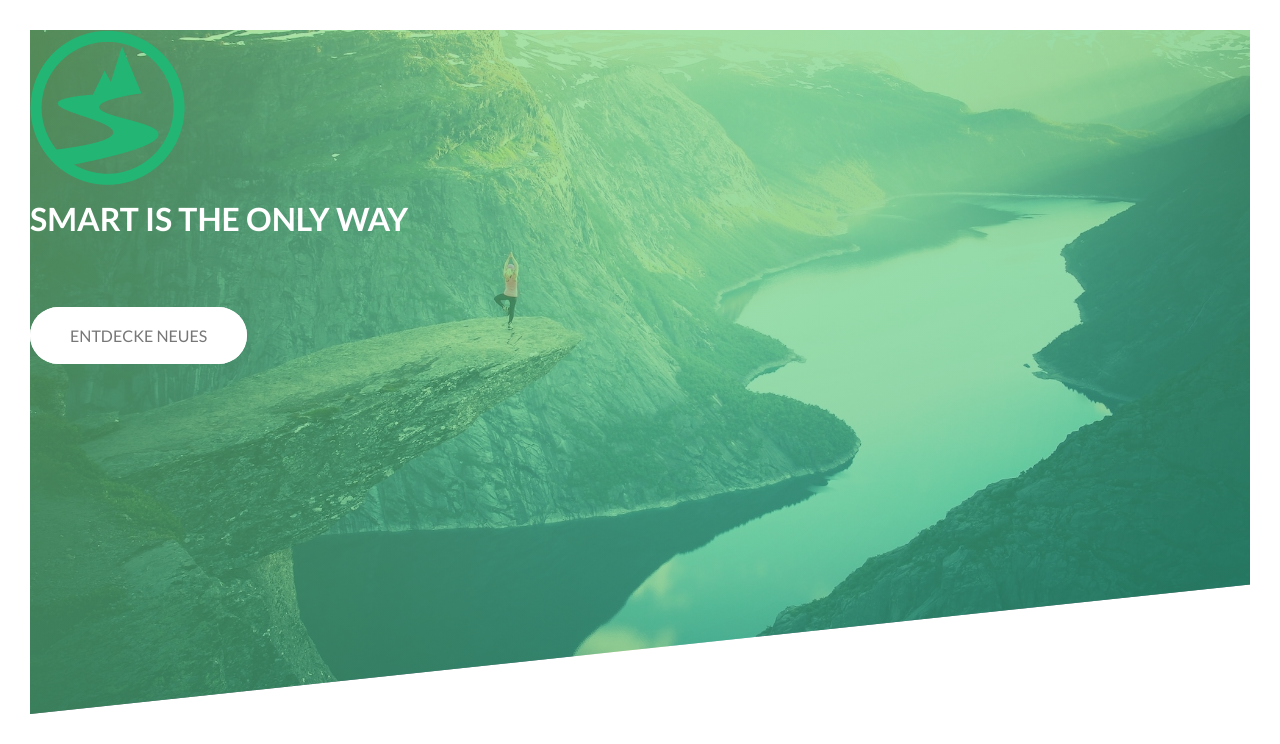
Repository: mukiSabljakovic/NatoursV1
Page: index.html
The author's editor kept a copy of each file at every save. The page is drawn from the files as they stood at one save, then again after the next save.
The browser window is 1280 px wide. The pictures show the whole page.
Some web libraries are served in a nearby version.

Above is the page before, as saved 2020-05-11 16:40:22.

### index.html
<!DOCTYPE html>
<html lang="en">
    <head>
        <meta charset="UTF-8">
        <meta name="viewport" content="width=device-width, initial-scale=1.0">

        <link href="https://fonts.googleapis.com/css?family=Lato:100,300,400,700,900" rel="stylesheet">

        <link rel="stylesheet" href="https://use.fontawesome.com/releases/v5.13.0/css/all.css" integrity="sha384-Bfad6CLCknfcloXFOyFnlgtENryhrpZCe29RTifKEixXQZ38WheV+i/6YWSzkz3V" crossorigin="anonymous">
        <link rel="stylesheet" href="style.css">
        <link rel="stylesheet" href="css/style.css">
        <link rel="shortcut icon" type="image/png" href="img/favicon.png">

        <title>Natours | Exciting tours for adventurous people</title>
    </head>
    <body>
       <header class="header">
           <div class="header__logo-box">
               <img class="header__logo" src="img/logo.png" alt="Natours Logo">
           </div>

           <div class="header__text-box">
               <h1 class="heading-primary">
                   <span class="heading-primary--main">Smart</span>
                   <span class="heading-primary--sub">is the only way</span>
               </h1>
               <a href="#" class="btn btn-white btn-animated">Entdecke neues</a>
           </div>

       </header>

    </body>
</html>

### css/style.css
@import url('https://fonts.googleapis.com/css2?family=Lato:wght@300;400;900&display=swap');

/*
COLORS:

Light green: #7ed56f
Medium green: #55c57a
Dark green: #28b485

*/

/* Basic Reset */


* {
    margin: 0;
    padding: 0;
    box-sizing: border-box;
}

body {
    font-family: 'Lato', sans-serif;
    font-weight: 400;
    font-size: 16px;
    line-height: 1.7;
    color: #777;
    padding: 1.875rem;
}

.header {
    height: 95vh;
    background-image: linear-gradient(
        to right bottom,
        rgba(126, 213, 111, .6),
        rgba(40, 180, 133, .6)),
        url(../img/hero.jpg);
    background-size: cover;
    background-position: top;

    clip-path: polygon(0 0, 100% 0, 100% 77vh, 0 100%);
    position: relative;
}

.logo-box {
    position: absolute;
    top: 40px;
    left: 40px;
    background: rgb(245, 246, 245);
    border-radius: 100%;
    display: flex;
    padding: 4px;
}

.logo {
    height: 66px;
}

.text-box {
    position: absolute;
    top: 40%;
    left: 50%;
    transform: translate(-50%, -50%);
    text-align: center;
}

.heading-primary {
    color: #fff;
    text-transform: uppercase;

    /* Fix animation shaking */
    backface-visibility: hidden;
    margin-bottom: 60px;
}

.heading-primary-main {
    display: block;
    font-size: 3.75rem;
    font-weight: 400;
    letter-spacing: 2.1875rem;

    animation-name: moveInLeft;
    animation-duration: 1s;
    animation-timing-function: ease-out;
}

.heading-primary-sub {
    display: block;
    font-size: 1.25rem;
    font-weight: 700;
    letter-spacing: 1.0875rem;

    animation: moveInRight 1s ease-out;
}

@keyframes moveInLeft {
    0% {
        opacity: 0;
        transform: translateX(-100%);
    }

    80% {
        transform: translateX(10px);
    }

    100% {
        opacity: 1;
        trannsform: translate(0);
    }
}

@keyframes moveInRight {
    0% {
        opacity: 0;
        transform: translateX(100%);
    }

    80% {
        transform: translateX(-10px);
    }

    100% {
        opacity: 1;
        transform: translate(0);
    }
}

@keyframes moveInBottom {
    0% {
        opacity: 0;
        transform: translateY(-30px);
    }

    100% {
        opacity: 1;
        transform: translate(0);
    }
}

.btn:link,
.btn:visited {
    text-transform: uppercase;
    text-decoration: none;
    padding: 15px 40px;
    display: inline-block;
    border-radius: 100px;
    transition: all .2s;
}

.btn:hover {
    transform: translateY(-3px);
    box-shadow: 0 10px 20px rgba(0, 0, 0, .2);
}

.btn:active {
    transform: translateY(-1px);
    box-shadow: 0 10px 10px rgba(0, 0, 0, .2);
}

.btn-white {
    background-color: #fff;
    color: #777;
    position: relative;
}

.btn::after {
    content: "";
    display: inline-block;
    height: 100%;
    width: 100%;
    border-radius: 100px;
    position: absolute;
    top: 0;
    left: 0;
    z-index: -1;
    transition: all .2s;
}

.btn-white::after {
    background-color: #fff;
}

.btn:hover::after {
    transform: scaleX(1.4) scaleY(1.6);
    opacity: 0;
}

.btn-animated {
    animation: moveInBottom .5s ease-out .75s;
    animation-fill-mode: backwards;
}

After the next save:
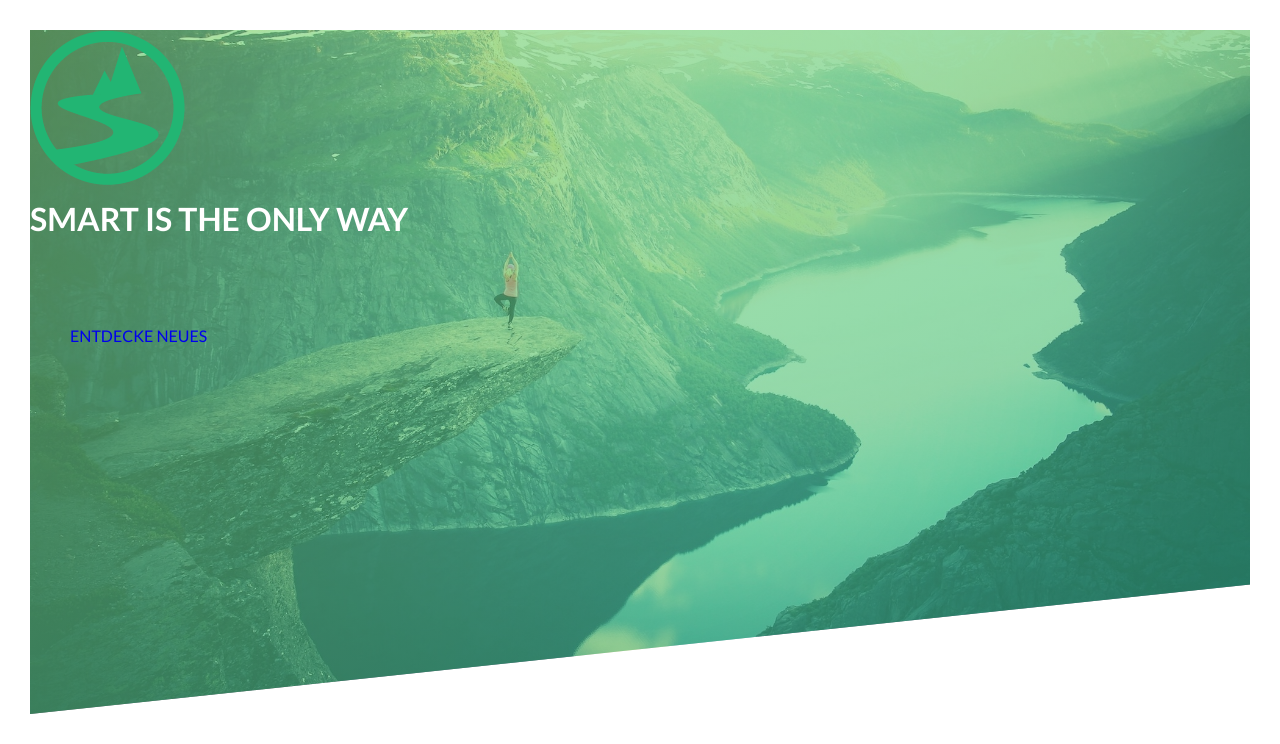
Saved 10 s later.
--- a/index.html
+++ b/index.html
@@ -24,7 +24,7 @@
                    <span class="heading-primary--main">Smart</span>
                    <span class="heading-primary--sub">is the only way</span>
                </h1>
-               <a href="#" class="btn btn-white btn-animated">Entdecke neues</a>
+               <a href="#" class="btn btn--white btn--animated">Entdecke neues</a>
            </div>
 
        </header>
